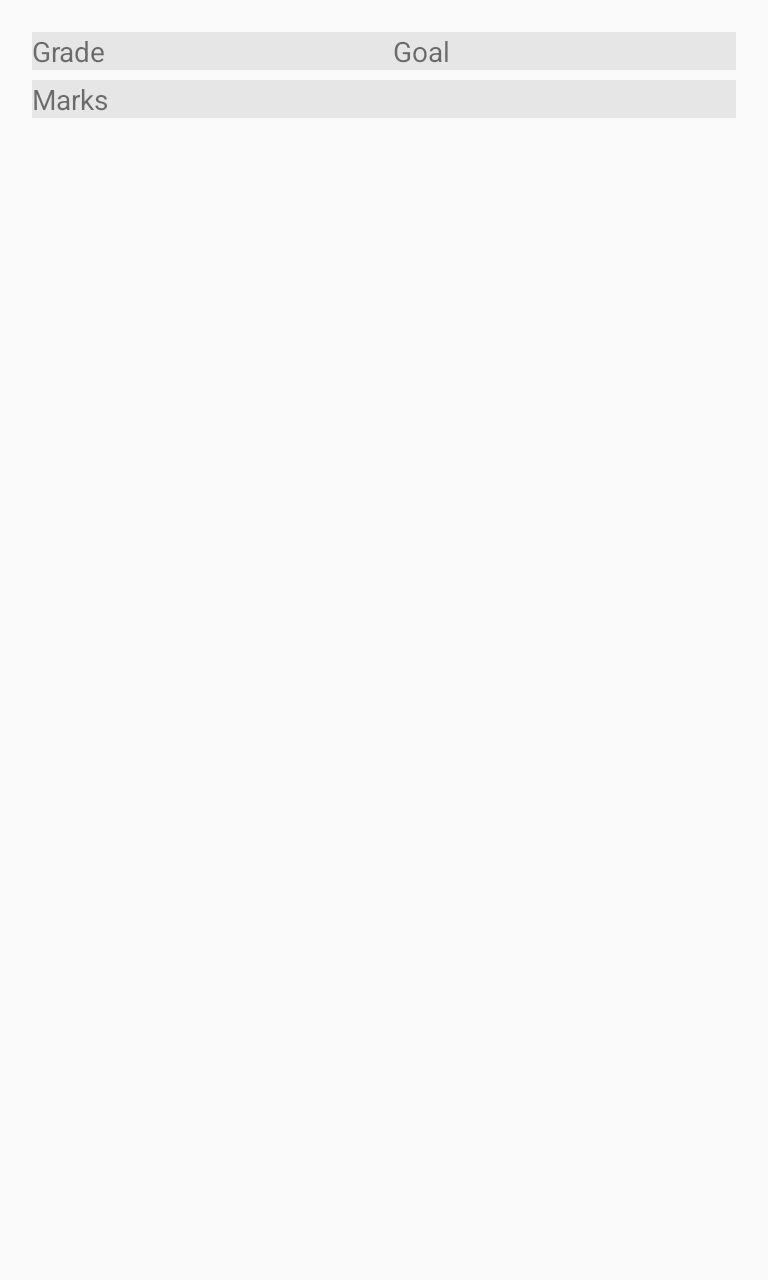
Repository: Tenergy05/GradePlanner
Layout: GradePlanner/res/layout/activity_view_course.xml
The author's editor kept a copy of each file at every save. The layout is drawn from the files as they stood at one save, then again after the next save.
It is drawn on a 768 x 1280 px phone screen (xhdpi) without system bars, with theme AppTheme; the app's code is not run. The app's manifest (not shown) leaves right-to-left support off. So textAlignment, textDirection and layoutDirection are ignored, and left and right values win over start and end ones.

Above is the layout before, as saved 2015-01-02 23:08:49.

After the next save:
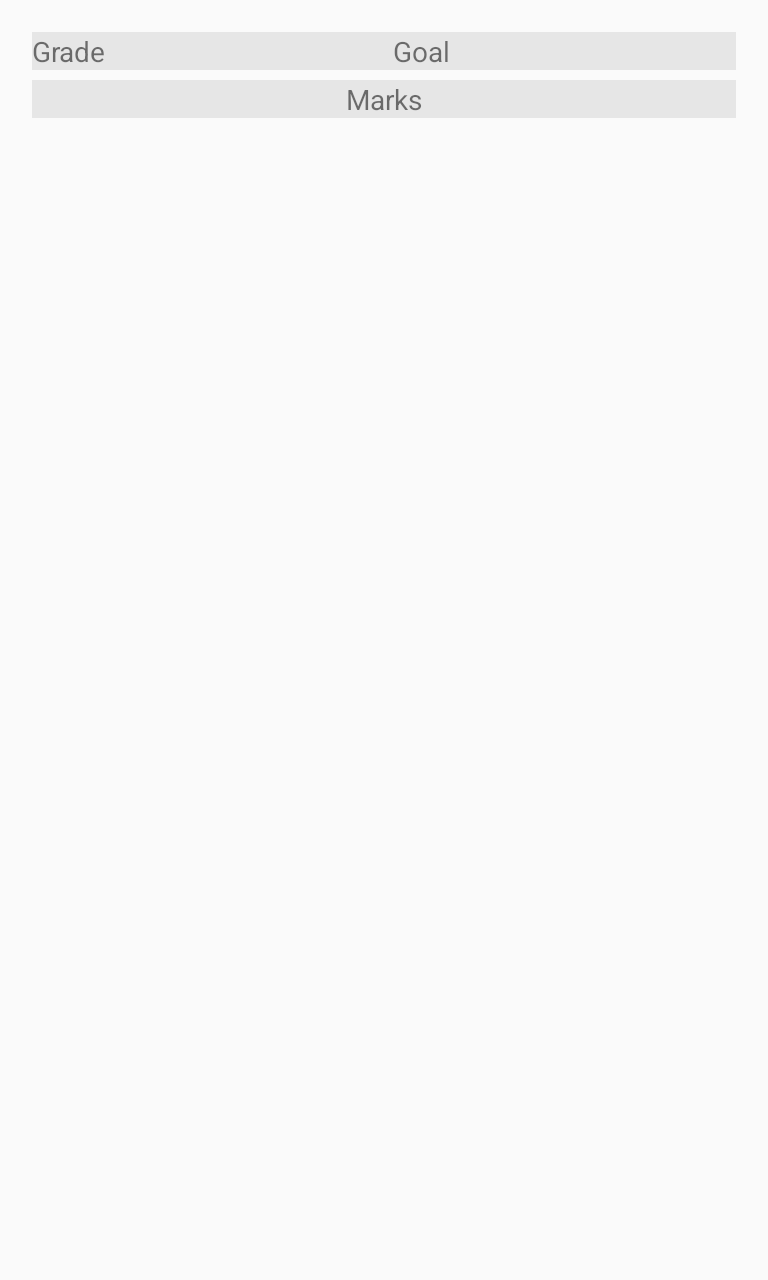
Saved 20 s later.
--- a/GradePlanner/res/layout/activity_view_course.xml
+++ b/GradePlanner/res/layout/activity_view_course.xml
@@ -27,11 +27,10 @@
         android:layout_width="match_parent"
         android:layout_height="wrap_content"
         android:layout_marginTop="5dp"
-
+        android:gravity="center"
         android:background="@color/grey">
         <TextView
             android:text="@string/marks"
-            android:textAlignment="center"
             />
     </TableRow>
 
